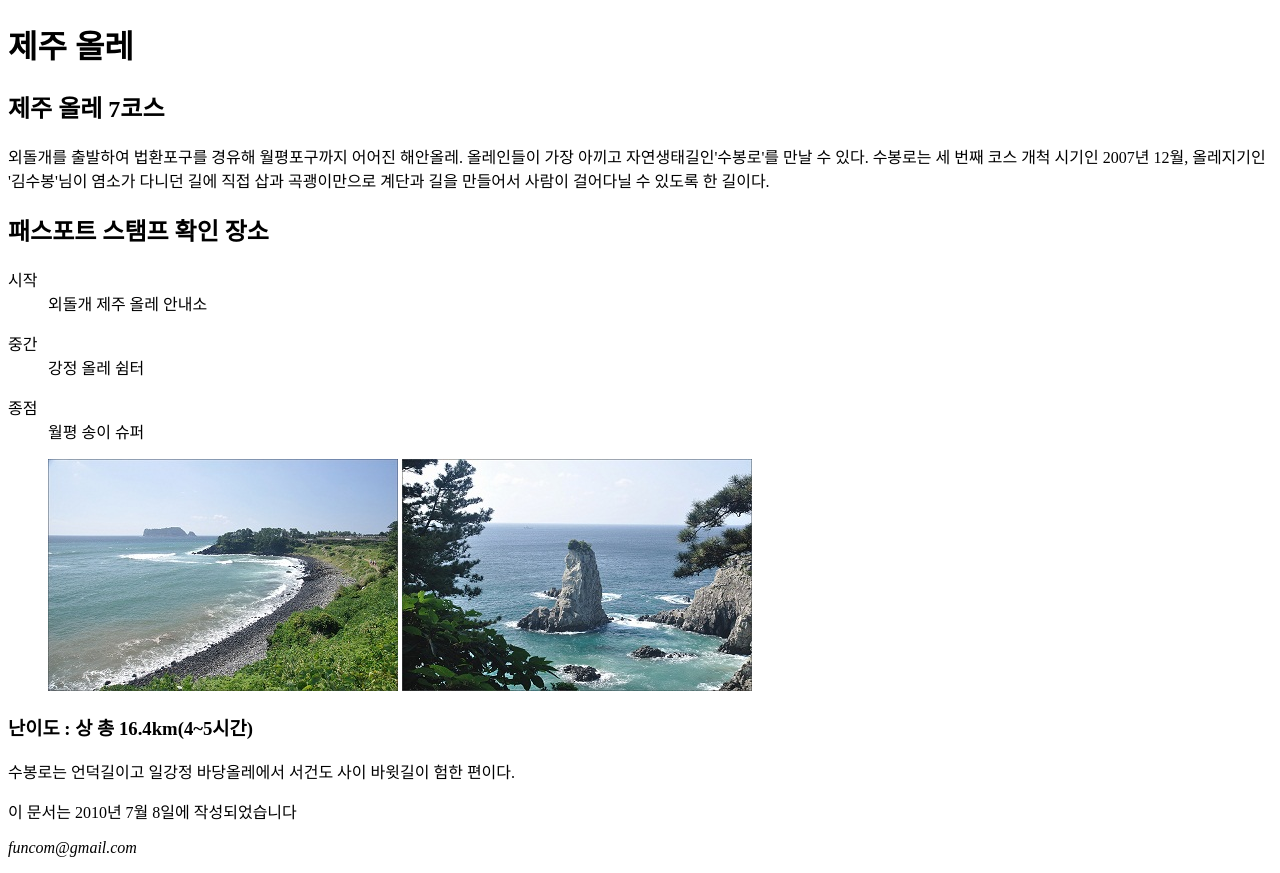
Repository: jinaa11/Kcc_Web
Page: Html/WebContent/sample2.html
The author's editor kept a copy of each file at every save. The page is drawn from the files as they stood at one save, then again after the next save.
The browser window is 1280 px wide. The pictures show the whole page.

Above is the page before, as saved 2024-07-08 07:32:35.

After the next save:
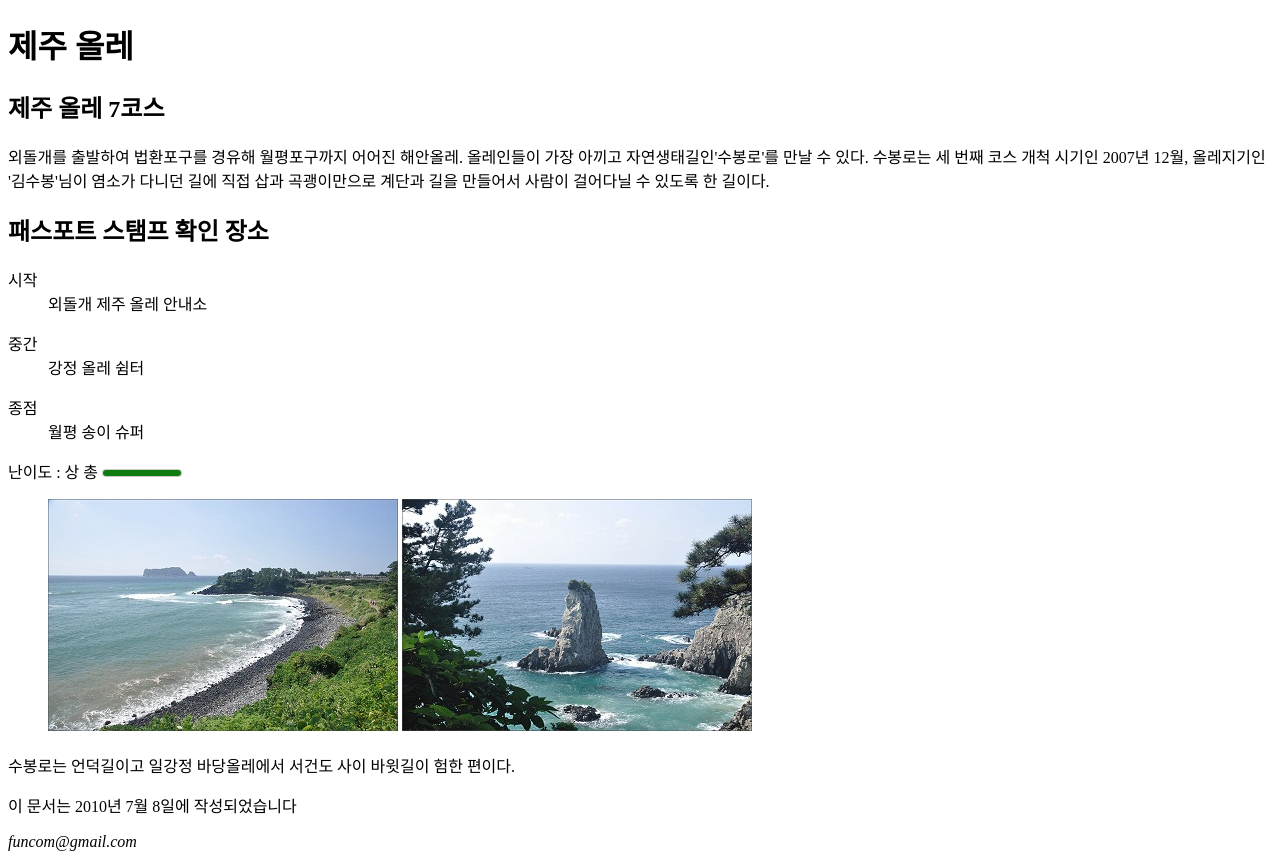
Saved 42 s later.
--- a/Html/WebContent/sample2.html
+++ b/Html/WebContent/sample2.html
@@ -36,6 +36,9 @@
 			<dd>월평 송이 슈퍼</dd>
 		</dl>
 	</div>
+	<div>
+		난이도 : 상 총 <meter value="16400">16.4km(4~5시간)</meter>
+	</div>
 </article>
 
 <figure>
@@ -47,7 +50,7 @@
 <section>
 	<!-- 거리 태그 -->
 	<header>
-		<h3>난이도 : 상 총 16.4km(4~5시간)</h3>
+		<h3></h3>
 	</header>
 	<div>
   		수봉로는 언덕길이고 일강정 바당올레에서 서건도 사이 바윗길이 험한 편이다.
